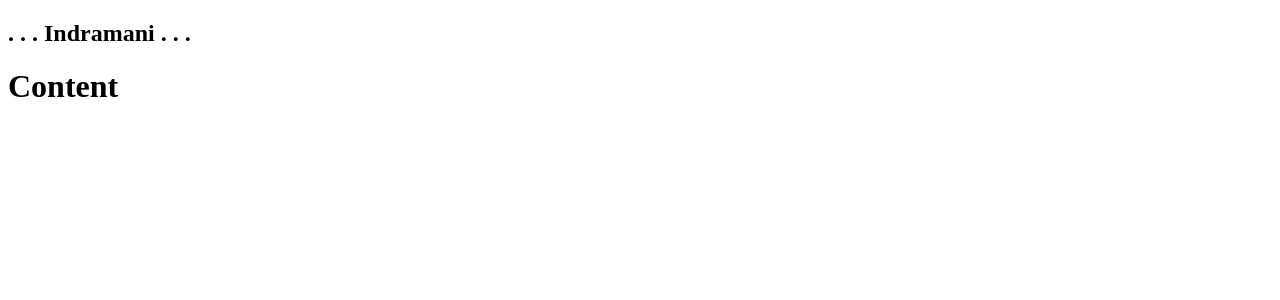
Repository: indramani7271/Indramani-First
Page: /
These files come from the project's save history. The page is drawn as it stood at one moment and after the next save; the edit follows.
The browser window is 1280 px wide. The pictures show the whole page.
The project was rebuilt for these pictures with package versions that can differ from the ones it lists, and the page was loaded fresh each time. Also part of the build but not shown: vite.config.js, src/index.css.

Above is the page before, as saved 2024-12-02 17:12:24.

After the next save:
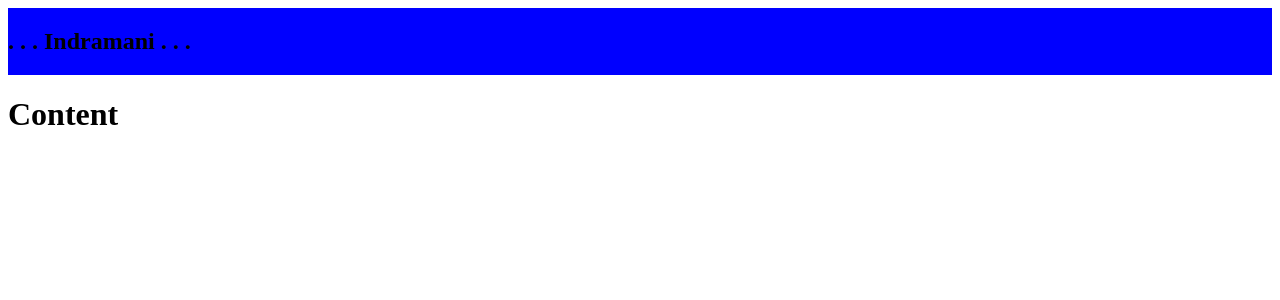
Saved 54 s later.
--- a/src/Component/Navbar.jsx
+++ b/src/Component/Navbar.jsx
@@ -1,6 +1,6 @@
 function Navbar() {
     return(
-        <div>
+        <div style={{display:"flex" , backgroundColor:"blue"}}>
 
 <div>
 <h2>. . . Indramani . . .</h2>
